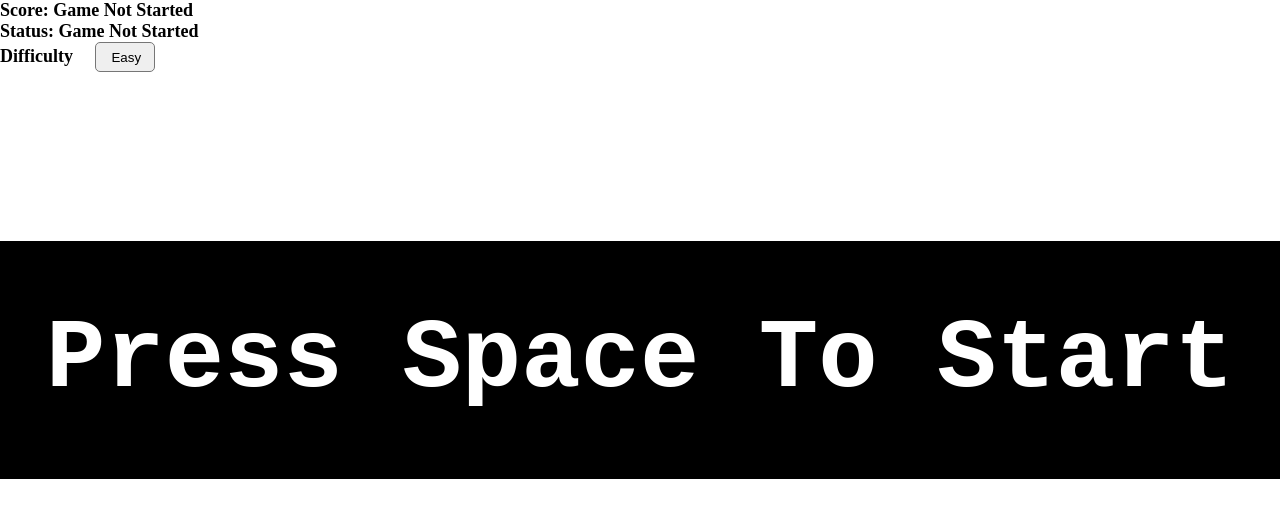
Repository: lulyany/bytedance_hw2
Page: test.html
These files come from the project's save history. The page is drawn as it stood at one moment and after the next save; the edit follows.
The browser window is 1280 px wide. The pictures show the whole page.

Above is the page before, as saved 2022-03-12 02:42:39.

After the next save:
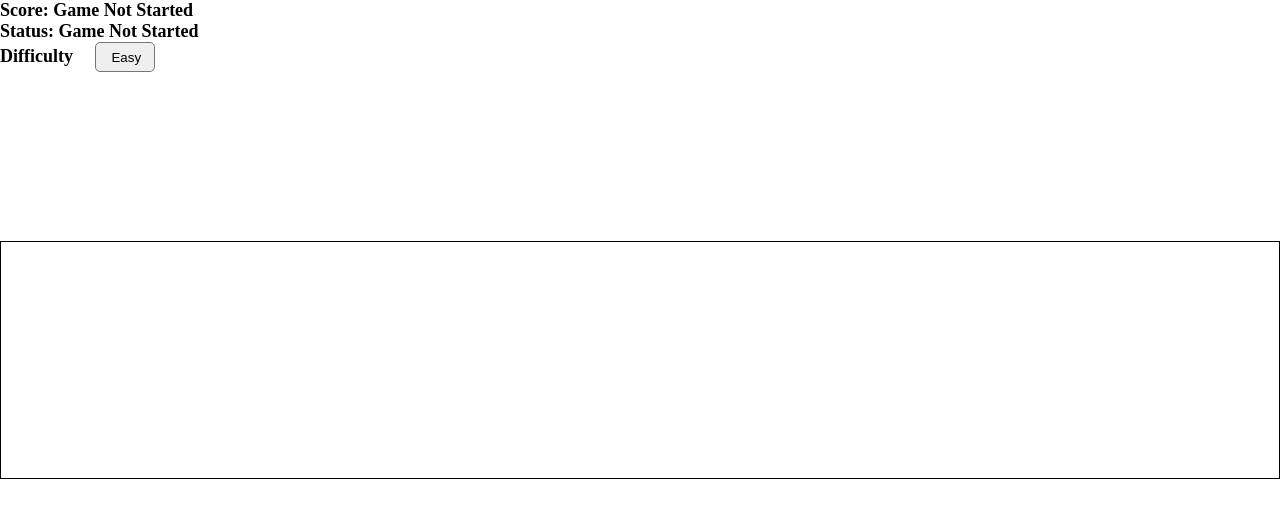
Saved 6 s later.
--- a/test.css
+++ b/test.css
@@ -67,7 +67,7 @@
     justify-content:space-around;
     border:1px solid black;
     font-size: 5.5rem;
-    background-color: black;
+    /* background-color: black; */
     background-image: "/src/robot.png";
     color: white;
     z-index: 9999;
